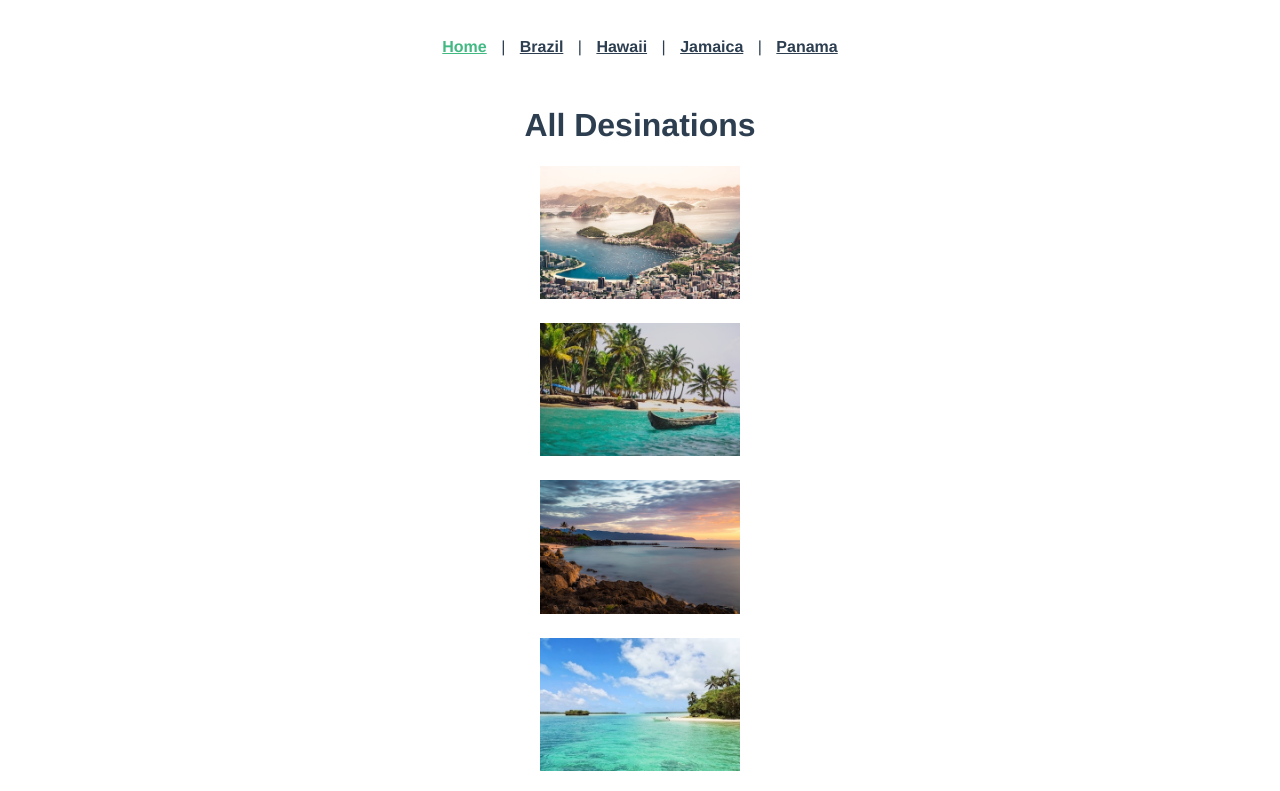
Repository: June-Hall/MiniTravelApp
Page: /#/
The author's editor kept a copy of each file at every save. The page is drawn from the files as they stood at one save, then again after a run of saves.
The browser window is 1280 px wide. The pictures show the whole page.
The project was rebuilt for these pictures with package versions that can differ from the ones it lists, and the page was loaded fresh each time. Also part of the build but not shown: vue.config.js.

Above is the page before, as saved 2023-03-29 20:17:27.

### src/App.vue
<template>
  <nav>
    <router-link to="/">Home</router-link> |
    <router-link to="/brazil">Brazil</router-link> |
    <router-link to="/hawaii">Hawaii</router-link> |
    <router-link to="/jamaica">Jamaica</router-link> |
    <router-link to="/panama">Panama</router-link>
  </nav>
  <router-view />
</template>

<style>
#app {
  font-family: Avenir, Helvetica, Arial, sans-serif;
  -webkit-font-smoothing: antialiased;
  -moz-osx-font-smoothing: grayscale;
  text-align: center;
  color: #2c3e50;
}

nav {
  padding: 30px;
}

nav a {
  font-weight: bold;
  color: #2c3e50;
  padding: 0 10px;
}

nav a.router-link-exact-active {
  color: #42b983;
}
</style>

### src/router/index.js
import { createRouter, createWebHashHistory } from "vue-router";
import HomeView from "../views/HomeView.vue";

const routes = [
  {
    path: "/",
    name: "home",
    component: HomeView,
  },
  {
    path: "/about",
    name: "about",
    // route level code-splitting
    // this generates a separate chunk (about.[hash].js) for this route
    // which is lazy-loaded when the route is visited.
    component: () =>
      import(/* webpackChunkName: "about" */ "../views/AboutView.vue"),
  },
  {
    path: "/brazil",
    name: "brazil",
    component: () => import("../views/BrazilView.vue"),
  },
  {
    path: "/hawaii",
    name: "hawaii",
    component: () => import("../views/HawaiiView.vue"),
  },
  {
    path: "/jamaica",
    name: "jamaica",
    component: () => import("../views/JamaicaView.vue"),
  },
  {
    path: "/panama",
    name: "panama",
    component: () => import("../views/PanamaView.vue"),
  },
];

const router = createRouter({
  history: createWebHashHistory(),
  routes,
});

export default router;

### src/views/HomeView.vue
<template>
  <div class="home">
    <h1>All Desinations</h1>
    <div class="destinations">
      <div v-for="destination in destinaitons" :key="destination.name">
        <router-link :to="destination.slug">
          <h2>{{ destinaitons.name }}</h2>
        </router-link>
        <figure>
          <router-link :to="destinaitons.name">
            <img
              :src="require(`@/assets/${destination.image}`)"
              :alt="destination.name"
            />
          </router-link>
        </figure>
      </div>
    </div>
  </div>
</template>

<script>
// @ is an alias to /src
import store from "@/store.js";
export default {
  name: "HomeView",
  components: {},
  data() {
    return {
      destinaitons: store.destinations,
    };
  },
};
</script>
<style scoped>
.home {
  max-width: 1400px;
  margin: 0 auto;
}

img {
  max-width: 200px;
}

.destination {
  display: flex;
  justify-content: space-between;
}
</style>

### src/store.js
export default {
  destinations: [
    {
      name: "Brazil",
      slug: "brazil",
      image: "brazil.jpg",
      id: 1,
      description:
        "all about Brazil, suspendisse lobortis pharetra tempor. Cras eleifend ante sed arcu interdum, in bibendum enim ultricies. Integer rutrum quis risus at tempor. Maecenas facilisis, nisi vel pellentesque maximus, lectus felis malesuada purus, a pulvinar elit est quis turpis. Duis convallis purus quis finibus consequat. Pellentesque faucibus tincidunt augue non consequat. Donec fringilla at est sit amet blandit. Nunc at porttitor ligula. Fusce sed odio turpis. Suspendisse lobortis pharetra tempor. Cras eleifend ante sed arcu interdum, in bibendum enim ultricies. Integer rutrum quis risus at tempor. Maecenas facilisis, nisi vel pellentesque maximus, lectus felis malesuada purus, a pulvinar elit est quis turpis. Duis convallis purus quis finibus consequat. Pellentesque faucibus tincidunt augue non consequat. Donec fringilla at est sit amet blandit. Nunc at porttitor ligula. Fusce sed odio turpis.",
      experiences: [
        {
          name: "Iguaçu Falls",
          slug: "iguacu-falls",
          image: "iguacu-falls.jpg",
          description:
            "Suspendisse lobortis pharetra tempor. Cras eleifend ante sed arcu interdum, in bibendum enim ultricies. Integer rutrum quis risus at tempor. Maecenas facilisis, nisi vel pellentesque maximus, lectus felis malesuada purus, a pulvinar elit est quis turpis. Duis convallis purus quis finibus consequat. Pellentesque faucibus tincidunt augue non consequat. Donec fringilla at est sit amet blandit. Nunc at porttitor ligula. Fusce sed odio turpis. Suspendisse lobortis pharetra tempor. Cras eleifend ante sed arcu interdum, in bibendum enim ultricies. Integer rutrum quis risus at tempor. Maecenas facilisis, nisi vel pellentesque maximus, lectus felis malesuada purus, a pulvinar elit est quis turpis. Duis convallis purus quis finibus consequat. Pellentesque faucibus tincidunt augue non consequat. Donec fringilla at est sit amet blandit. Nunc at porttitor ligula. Fusce sed odio turpis.",
        },
        {
          name: "Pão de Açúcar",
          slug: "pao-de-acucar",
          image: "pao-de-acucar.jpg",
          description:
            "Suspendisse lobortis pharetra tempor. Cras eleifend ante sed arcu interdum, in bibendum enim ultricies. Integer rutrum quis risus at tempor. Maecenas facilisis, nisi vel pellentesque maximus, lectus felis malesuada purus, a pulvinar elit est quis turpis. Duis convallis purus quis finibus consequat. Pellentesque faucibus tincidunt augue non consequat. Donec fringilla at est sit amet blandit. Nunc at porttitor ligula. Fusce sed odio turpis. Suspendisse lobortis pharetra tempor. Cras eleifend ante sed arcu interdum, in bibendum enim ultricies. Integer rutrum quis risus at tempor. Maecenas facilisis, nisi vel pellentesque maximus, lectus felis malesuada purus, a pulvinar elit est quis turpis. Duis convallis purus quis finibus consequat. Pellentesque faucibus tincidunt augue non consequat. Donec fringilla at est sit amet blandit. Nunc at porttitor ligula. Fusce sed odio turpis.",
        },
        {
          name: "Sao Paulo",
          slug: "sao-paulo",
          image: "sao-paulo.jpg",
          description:
            "Suspendisse lobortis pharetra tempor. Cras eleifend ante sed arcu interdum, in bibendum enim ultricies. Integer rutrum quis risus at tempor. Maecenas facilisis, nisi vel pellentesque maximus, lectus felis malesuada purus, a pulvinar elit est quis turpis. Duis convallis purus quis finibus consequat. Pellentesque faucibus tincidunt augue non consequat. Donec fringilla at est sit amet blandit. Nunc at porttitor ligula. Fusce sed odio turpis. Suspendisse lobortis pharetra tempor. Cras eleifend ante sed arcu interdum, in bibendum enim ultricies. Integer rutrum quis risus at tempor. Maecenas facilisis, nisi vel pellentesque maximus, lectus felis malesuada purus, a pulvinar elit est quis turpis. Duis convallis purus quis finibus consequat. Pellentesque faucibus tincidunt augue non consequat. Donec fringilla at est sit amet blandit. Nunc at porttitor ligula. Fusce sed odio turpis.",
        },
        {
          name: "Salvador",
          slug: "salvador",
          image: "salvador.jpg",
          description:
            "Suspendisse lobortis pharetra tempor. Cras eleifend ante sed arcu interdum, in bibendum enim ultricies. Integer rutrum quis risus at tempor. Maecenas facilisis, nisi vel pellentesque maximus, lectus felis malesuada purus, a pulvinar elit est quis turpis. Duis convallis purus quis finibus consequat. Pellentesque faucibus tincidunt augue non consequat. Donec fringilla at est sit amet blandit. Nunc at porttitor ligula. Fusce sed odio turpis. Suspendisse lobortis pharetra tempor. Cras eleifend ante sed arcu interdum, in bibendum enim ultricies. Integer rutrum quis risus at tempor. Maecenas facilisis, nisi vel pellentesque maximus, lectus felis malesuada purus, a pulvinar elit est quis turpis. Duis convallis purus quis finibus consequat. Pellentesque faucibus tincidunt augue non consequat. Donec fringilla at est sit amet blandit. Nunc at porttitor ligula. Fusce sed odio turpis.",
        },
      ],
    },
    {
      name: "Panama",
      slug: "panama",
      image: "panama.jpg",
      id: 2,
      description:
        "all about panama. Nam fermentum, leo ac lobortis tincidunt, justo felis semper nisi, sed facilisis quam ante a justo. Nam pulvinar nibh nec mi vestibulum cursus quis eget orci. Aenean faucibus faucibus ex, a imperdiet nibh luctus faucibus. Mauris porttitor, velit ac eleifend mattis, sem justo accumsan odio, ut mattis nulla nulla eu nibh. Cras justo risus, sollicitudin eget nulla a, consequat convallis tortor. Fusce eget neque metus. Class aptent taciti sociosqu ad litora torquent per conubia nostra, per inceptos himenaeos. Nulla facilisi. Sed aliquam nunc id lectus sagittis, ac elementum eros egestas. Aliquam sed tempor dui.",
      experiences: [
        {
          name: "Panama City",
          slug: "panama-city",
          image: "panama-city.jpg",
          description:
            "Suspendisse lobortis pharetra tempor. Cras eleifend ante sed arcu interdum, in bibendum enim ultricies. Integer rutrum quis risus at tempor. Maecenas facilisis, nisi vel pellentesque maximus, lectus felis malesuada purus, a pulvinar elit est quis turpis. Duis convallis purus quis finibus consequat. Pellentesque faucibus tincidunt augue non consequat. Donec fringilla at est sit amet blandit. Nunc at porttitor ligula. Fusce sed odio turpis. Suspendisse lobortis pharetra tempor. Cras eleifend ante sed arcu interdum, in bibendum enim ultricies. Integer rutrum quis risus at tempor. Maecenas facilisis, nisi vel pellentesque maximus, lectus felis malesuada purus, a pulvinar elit est quis turpis. Duis convallis purus quis finibus consequat. Pellentesque faucibus tincidunt augue non consequat. Donec fringilla at est sit amet blandit. Nunc at porttitor ligula. Fusce sed odio turpis.",
        },
        {
          name: "Panama Canal",
          slug: "panama-canal",
          image: "panama-canal.jpg",
          description:
            "Suspendisse lobortis pharetra tempor. Cras eleifend ante sed arcu interdum, in bibendum enim ultricies. Integer rutrum quis risus at tempor. Maecenas facilisis, nisi vel pellentesque maximus, lectus felis malesuada purus, a pulvinar elit est quis turpis. Duis convallis purus quis finibus consequat. Pellentesque faucibus tincidunt augue non consequat. Donec fringilla at est sit amet blandit. Nunc at porttitor ligula. Fusce sed odio turpis. Suspendisse lobortis pharetra tempor. Cras eleifend ante sed arcu interdum, in bibendum enim ultricies. Integer rutrum quis risus at tempor. Maecenas facilisis, nisi vel pellentesque maximus, lectus felis malesuada purus, a pulvinar elit est quis turpis. Duis convallis purus quis finibus consequat. Pellentesque faucibus tincidunt augue non consequat. Donec fringilla at est sit amet blandit. Nunc at porttitor ligula. Fusce sed odio turpis.",
        },
        {
          name: "Bocas del Toro",
          slug: "bocas-del-toro",
          image: "bocas-del-toro.jpg",
          description:
            "Suspendisse lobortis pharetra tempor. Cras eleifend ante sed arcu interdum, in bibendum enim ultricies. Integer rutrum quis risus at tempor. Maecenas facilisis, nisi vel pellentesque maximus, lectus felis malesuada purus, a pulvinar elit est quis turpis. Duis convallis purus quis finibus consequat. Pellentesque faucibus tincidunt augue non consequat. Donec fringilla at est sit amet blandit. Nunc at porttitor ligula. Fusce sed odio turpis. Suspendisse lobortis pharetra tempor. Cras eleifend ante sed arcu interdum, in bibendum enim ultricies. Integer rutrum quis risus at tempor. Maecenas facilisis, nisi vel pellentesque maximus, lectus felis malesuada purus, a pulvinar elit est quis turpis. Duis convallis purus quis finibus consequat. Pellentesque faucibus tincidunt augue non consequat. Donec fringilla at est sit amet blandit. Nunc at porttitor ligula. Fusce sed odio turpis.",
        },
        {
          name: "Santa Catalina",
          slug: "santa-catalina",
          image: "santa-catalina.jpg",
          description:
            "Suspendisse lobortis pharetra tempor. Cras eleifend ante sed arcu interdum, in bibendum enim ultricies. Integer rutrum quis risus at tempor. Maecenas facilisis, nisi vel pellentesque maximus, lectus felis malesuada purus, a pulvinar elit est quis turpis. Duis convallis purus quis finibus consequat. Pellentesque faucibus tincidunt augue non consequat. Donec fringilla at est sit amet blandit. Nunc at porttitor ligula. Fusce sed odio turpis. Suspendisse lobortis pharetra tempor. Cras eleifend ante sed arcu interdum, in bibendum enim ultricies. Integer rutrum quis risus at tempor. Maecenas facilisis, nisi vel pellentesque maximus, lectus felis malesuada purus, a pulvinar elit est quis turpis. Duis convallis purus quis finibus consequat. Pellentesque faucibus tincidunt augue non consequat. Donec fringilla at est sit amet blandit. Nunc at porttitor ligula. Fusce sed odio turpis.",
        },
      ],
    },
    {
      name: "Hawaii",
      slug: "hawaii",
      image: "hawaii.jpg",
      id: 3,
      description:
        "all about hawaii. Etiam iaculis, ex in semper fringilla, lorem augue maximus lorem, in aliquet ex massa non enim. Maecenas pharetra orci eu semper pharetra. Suspendisse vel elit semper, fringilla metus ac, pulvinar justo. Vestibulum nibh lacus, pellentesque non arcu vel, efficitur eleifend lorem. Duis ultrices bibendum orci, nec laoreet elit. In vulputate massa vel massa cursus gravida. Aliquam sed lacus pulvinar, imperdiet risus at, lacinia dolor. Maecenas pellentesque arcu mattis iaculis efficitur. Maecenas quis sem pulvinar, sodales neque eget, efficitur odio.",
      experiences: [
        {
          name: "Na Pali Coast",
          slug: "na-pali-coast",
          image: "na-pali-coast.jpg",
          description:
            "Suspendisse lobortis pharetra tempor. Cras eleifend ante sed arcu interdum, in bibendum enim ultricies. Integer rutrum quis risus at tempor. Maecenas facilisis, nisi vel pellentesque maximus, lectus felis malesuada purus, a pulvinar elit est quis turpis. Duis convallis purus quis finibus consequat. Pellentesque faucibus tincidunt augue non consequat. Donec fringilla at est sit amet blandit. Nunc at porttitor ligula. Fusce sed odio turpis. Suspendisse lobortis pharetra tempor. Cras eleifend ante sed arcu interdum, in bibendum enim ultricies. Integer rutrum quis risus at tempor. Maecenas facilisis, nisi vel pellentesque maximus, lectus felis malesuada purus, a pulvinar elit est quis turpis. Duis convallis purus quis finibus consequat. Pellentesque faucibus tincidunt augue non consequat. Donec fringilla at est sit amet blandit. Nunc at porttitor ligula. Fusce sed odio turpis.",
        },
        {
          name: "O'Ahu's North Shore",
          slug: "ohaus-north-shore",
          image: "ohaus-north-shore.jpg",
          description:
            "Suspendisse lobortis pharetra tempor. Cras eleifend ante sed arcu interdum, in bibendum enim ultricies. Integer rutrum quis risus at tempor. Maecenas facilisis, nisi vel pellentesque maximus, lectus felis malesuada purus, a pulvinar elit est quis turpis. Duis convallis purus quis finibus consequat. Pellentesque faucibus tincidunt augue non consequat. Donec fringilla at est sit amet blandit. Nunc at porttitor ligula. Fusce sed odio turpis. Suspendisse lobortis pharetra tempor. Cras eleifend ante sed arcu interdum, in bibendum enim ultricies. Integer rutrum quis risus at tempor. Maecenas facilisis, nisi vel pellentesque maximus, lectus felis malesuada purus, a pulvinar elit est quis turpis. Duis convallis purus quis finibus consequat. Pellentesque faucibus tincidunt augue non consequat. Donec fringilla at est sit amet blandit. Nunc at porttitor ligula. Fusce sed odio turpis.",
        },
        {
          name: "Waikiki Beach",
          slug: "waikiki-beach",
          image: "waikiki-beach.jpg",
          description:
            "Suspendisse lobortis pharetra tempor. Cras eleifend ante sed arcu interdum, in bibendum enim ultricies. Integer rutrum quis risus at tempor. Maecenas facilisis, nisi vel pellentesque maximus, lectus felis malesuada purus, a pulvinar elit est quis turpis. Duis convallis purus quis finibus consequat. Pellentesque faucibus tincidunt augue non consequat. Donec fringilla at est sit amet blandit. Nunc at porttitor ligula. Fusce sed odio turpis. Suspendisse lobortis pharetra tempor. Cras eleifend ante sed arcu interdum, in bibendum enim ultricies. Integer rutrum quis risus at tempor. Maecenas facilisis, nisi vel pellentesque maximus, lectus felis malesuada purus, a pulvinar elit est quis turpis. Duis convallis purus quis finibus consequat. Pellentesque faucibus tincidunt augue non consequat. Donec fringilla at est sit amet blandit. Nunc at porttitor ligula. Fusce sed odio turpis.",
        },
        {
          name: "Kilauea Volcano",
          slug: "kilauea-volcano",
          image: "kilauea-volcano.jpg",
          description:
            "Suspendisse lobortis pharetra tempor. Cras eleifend ante sed arcu interdum, in bibendum enim ultricies. Integer rutrum quis risus at tempor. Maecenas facilisis, nisi vel pellentesque maximus, lectus felis malesuada purus, a pulvinar elit est quis turpis. Duis convallis purus quis finibus consequat. Pellentesque faucibus tincidunt augue non consequat. Donec fringilla at est sit amet blandit. Nunc at porttitor ligula. Fusce sed odio turpis. Suspendisse lobortis pharetra tempor. Cras eleifend ante sed arcu interdum, in bibendum enim ultricies. Integer rutrum quis risus at tempor. Maecenas facilisis, nisi vel pellentesque maximus, lectus felis malesuada purus, a pulvinar elit est quis turpis. Duis convallis purus quis finibus consequat. Pellentesque faucibus tincidunt augue non consequat. Donec fringilla at est sit amet blandit. Nunc at porttitor ligula. Fusce sed odio turpis.",
        },
      ],
    },
    {
      name: "Jamaica",
      slug: "jamaica",
      image: "jamaica.jpg",
      id: 4,
      description:
        "all about jamaica. Suspendisse lobortis pharetra tempor. Cras eleifend ante sed arcu interdum, in bibendum enim ultricies. Integer rutrum quis risus at tempor. Maecenas facilisis, nisi vel pellentesque maximus, lectus felis malesuada purus, a pulvinar elit est quis turpis. Duis convallis purus quis finibus consequat. Pellentesque faucibus tincidunt augue non consequat. Donec fringilla at est sit amet blandit. Nunc at porttitor ligula. Fusce sed odio turpis.",
      experiences: [
        {
          name: "Tower Isle",
          slug: "tower-isle",
          image: "tower-isle.jpg",
          description:
            "Suspendisse lobortis pharetra tempor. Cras eleifend ante sed arcu interdum, in bibendum enim ultricies. Integer rutrum quis risus at tempor. Maecenas facilisis, nisi vel pellentesque maximus, lectus felis malesuada purus, a pulvinar elit est quis turpis. Duis convallis purus quis finibus consequat. Pellentesque faucibus tincidunt augue non consequat. Donec fringilla at est sit amet blandit. Nunc at porttitor ligula. Fusce sed odio turpis. Suspendisse lobortis pharetra tempor. Cras eleifend ante sed arcu interdum, in bibendum enim ultricies. Integer rutrum quis risus at tempor. Maecenas facilisis, nisi vel pellentesque maximus, lectus felis malesuada purus, a pulvinar elit est quis turpis. Duis convallis purus quis finibus consequat. Pellentesque faucibus tincidunt augue non consequat. Donec fringilla at est sit amet blandit. Nunc at porttitor ligula. Fusce sed odio turpis.",
        },
        {
          name: "Blue Mountain",
          slug: "blue-mountain",
          image: "blue-mountain.jpg",
          description:
            "Suspendisse lobortis pharetra tempor. Cras eleifend ante sed arcu interdum, in bibendum enim ultricies. Integer rutrum quis risus at tempor. Maecenas facilisis, nisi vel pellentesque maximus, lectus felis malesuada purus, a pulvinar elit est quis turpis. Duis convallis purus quis finibus consequat. Pellentesque faucibus tincidunt augue non consequat. Donec fringilla at est sit amet blandit. Nunc at porttitor ligula. Fusce sed odio turpis. Suspendisse lobortis pharetra tempor. Cras eleifend ante sed arcu interdum, in bibendum enim ultricies. Integer rutrum quis risus at tempor. Maecenas facilisis, nisi vel pellentesque maximus, lectus felis malesuada purus, a pulvinar elit est quis turpis. Duis convallis purus quis finibus consequat. Pellentesque faucibus tincidunt augue non consequat. Donec fringilla at est sit amet blandit. Nunc at porttitor ligula. Fusce sed odio turpis.",
        },
        {
          name: "Montego Bay",
          slug: "montego-bay",
          image: "montego-bay.jpg",
          description:
            "Suspendisse lobortis pharetra tempor. Cras eleifend ante sed arcu interdum, in bibendum enim ultricies. Integer rutrum quis risus at tempor. Maecenas facilisis, nisi vel pellentesque maximus, lectus felis malesuada purus, a pulvinar elit est quis turpis. Duis convallis purus quis finibus consequat. Pellentesque faucibus tincidunt augue non consequat. Donec fringilla at est sit amet blandit. Nunc at porttitor ligula. Fusce sed odio turpis. Suspendisse lobortis pharetra tempor. Cras eleifend ante sed arcu interdum, in bibendum enim ultricies. Integer rutrum quis risus at tempor. Maecenas facilisis, nisi vel pellentesque maximus, lectus felis malesuada purus, a pulvinar elit est quis turpis. Duis convallis purus quis finibus consequat. Pellentesque faucibus tincidunt augue non consequat. Donec fringilla at est sit amet blandit. Nunc at porttitor ligula. Fusce sed odio turpis.",
        },
        {
          name: "Port Antonio",
          slug: "port-antonio",
          image: "port-antonio.jpg",
          description:
            "Suspendisse lobortis pharetra tempor. Cras eleifend ante sed arcu interdum, in bibendum enim ultricies. Integer rutrum quis risus at tempor. Maecenas facilisis, nisi vel pellentesque maximus, lectus felis malesuada purus, a pulvinar elit est quis turpis. Duis convallis purus quis finibus consequat. Pellentesque faucibus tincidunt augue non consequat. Donec fringilla at est sit amet blandit. Nunc at porttitor ligula. Fusce sed odio turpis. Suspendisse lobortis pharetra tempor. Cras eleifend ante sed arcu interdum, in bibendum enim ultricies. Integer rutrum quis risus at tempor. Maecenas facilisis, nisi vel pellentesque maximus, lectus felis malesuada purus, a pulvinar elit est quis turpis. Duis convallis purus quis finibus consequat. Pellentesque faucibus tincidunt augue non consequat. Donec fringilla at est sit amet blandit. Nunc at porttitor ligula. Fusce sed odio turpis.",
        },
      ],
    },
  ],
};

Loaded but not shown: public/index.html (common file); src/main.js (common file)

After the next 4 saves:
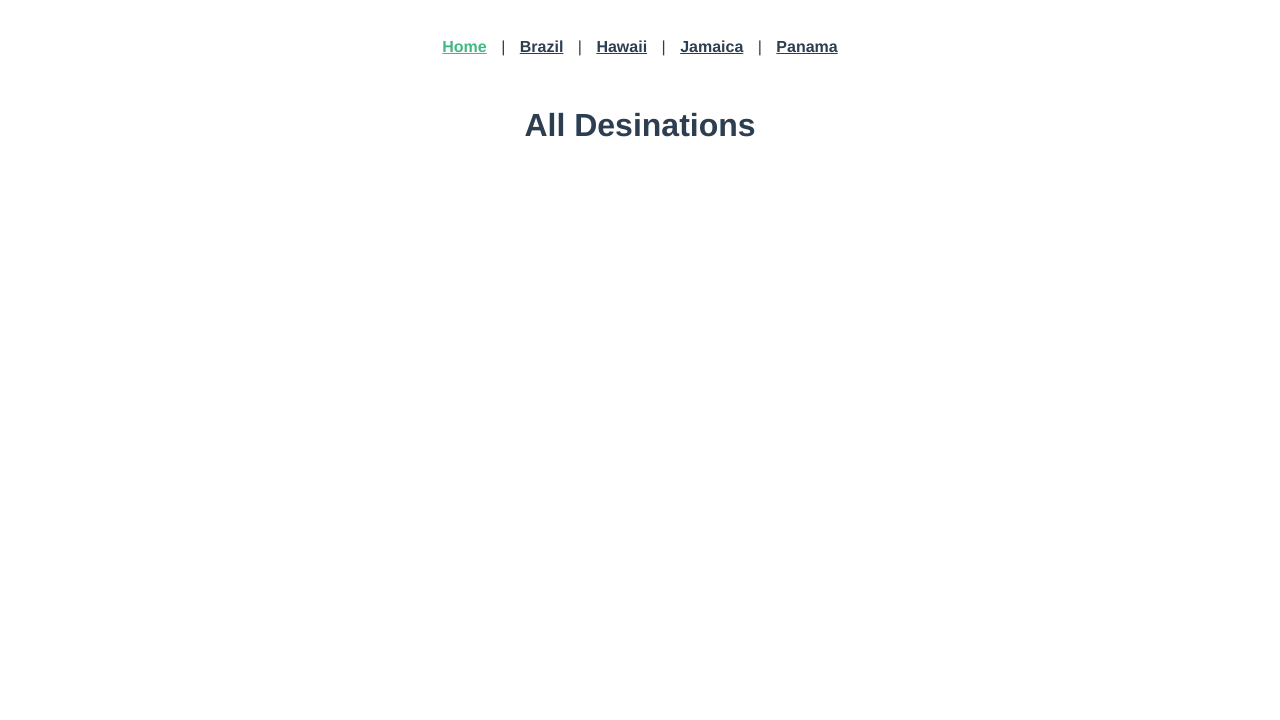
The 4 saves are shown as one change because 3 did not build or start.
The last was saved 117 s later.
--- a/src/views/HomeView.vue
+++ b/src/views/HomeView.vue
@@ -7,7 +7,7 @@
           <h2>{{ destinaitons.name }}</h2>
         </router-link>
         <figure>
-          <router-link :to="destinaitons.name">
+          <router-link :to="destinaiton.name">
             <img
               :src="require(`@/assets/${destination.image}`)"
               :alt="destination.name"
@@ -27,7 +27,7 @@ export default {
   components: {},
   data() {
     return {
-      destinaitons: store.destinations,
+      destinations: store.destinations,
     };
   },
 };
